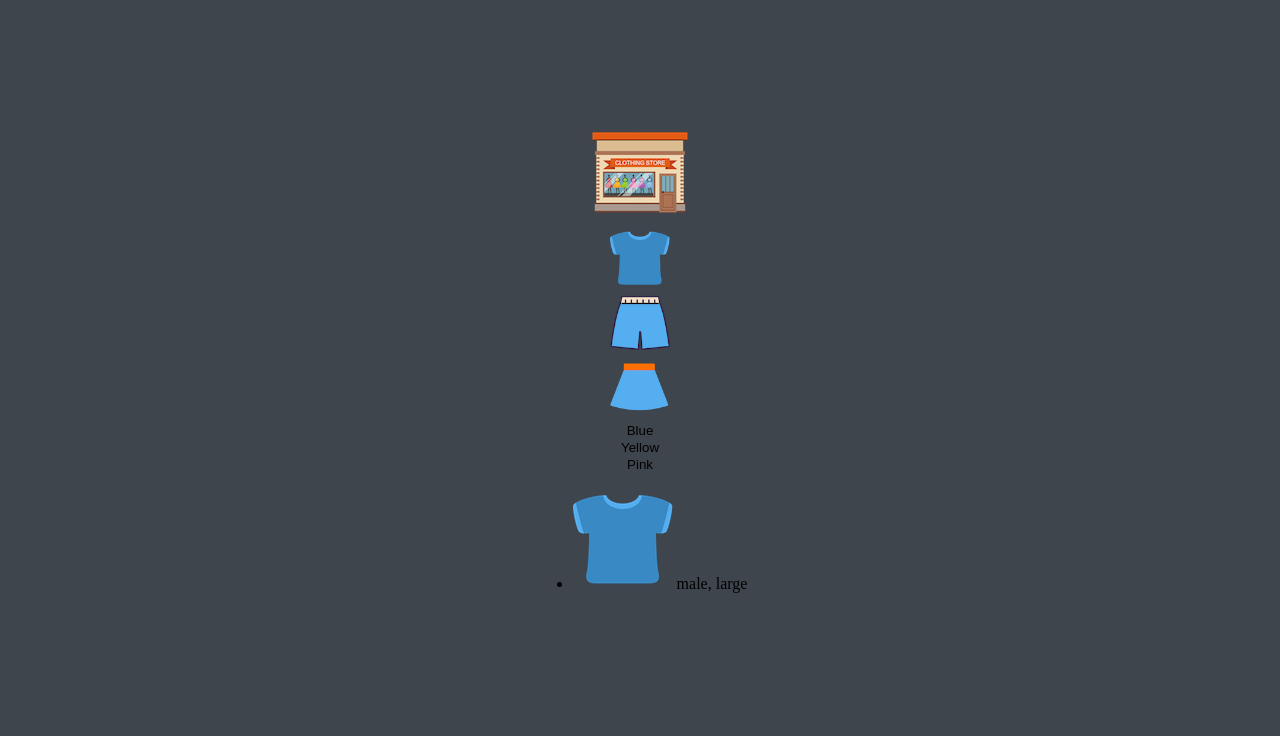
Repository: GoodHoneyCake/Dream_Coding_Academy1
Page: index.html
These files come from the project's save history. The page is drawn as it stood at one moment and after the next save; the edit follows.
The browser window is 1280 px wide. The pictures show the whole page.

Above is the page before, as saved 2021-01-06 16:18:02.

After the next save:
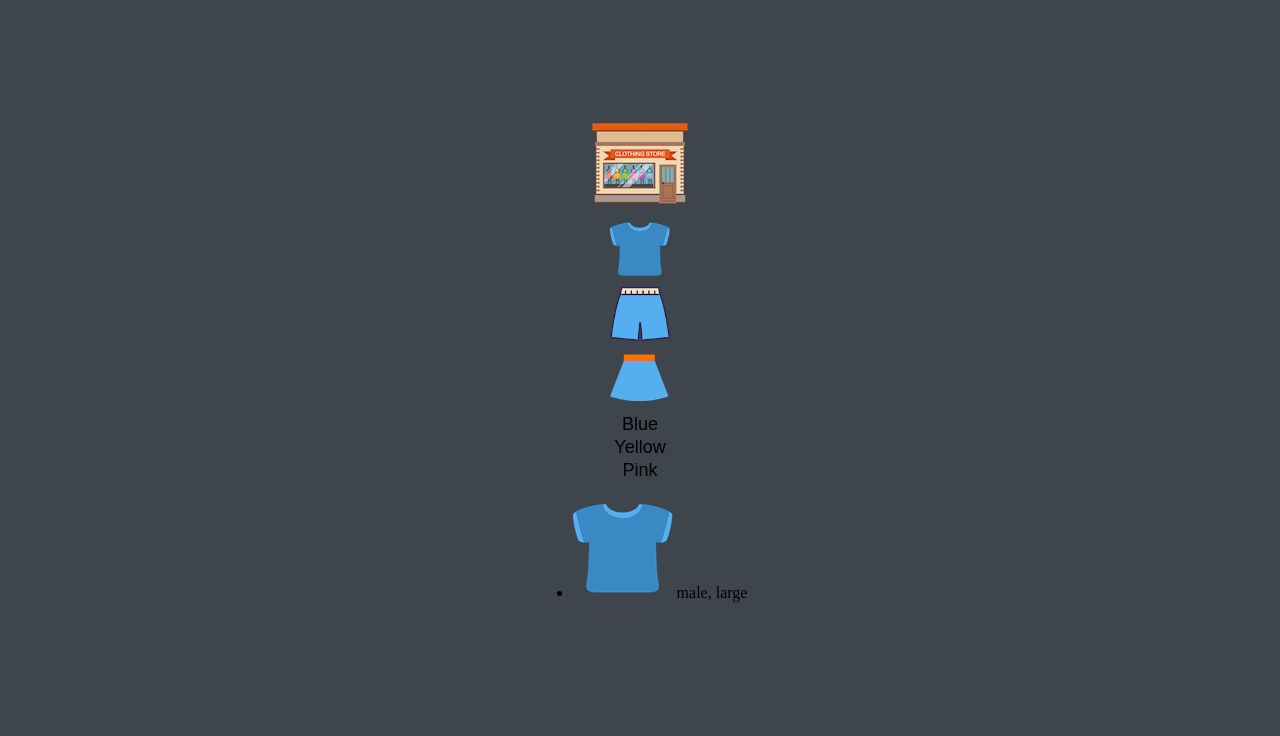
Saved 21 s later.
--- a/style.css
+++ b/style.css
@@ -49,3 +49,6 @@ body {
   width: var(--size-button);
   height: var(--size-button);
 }
+.colorBtn {
+  font-size: 18px;
+}
